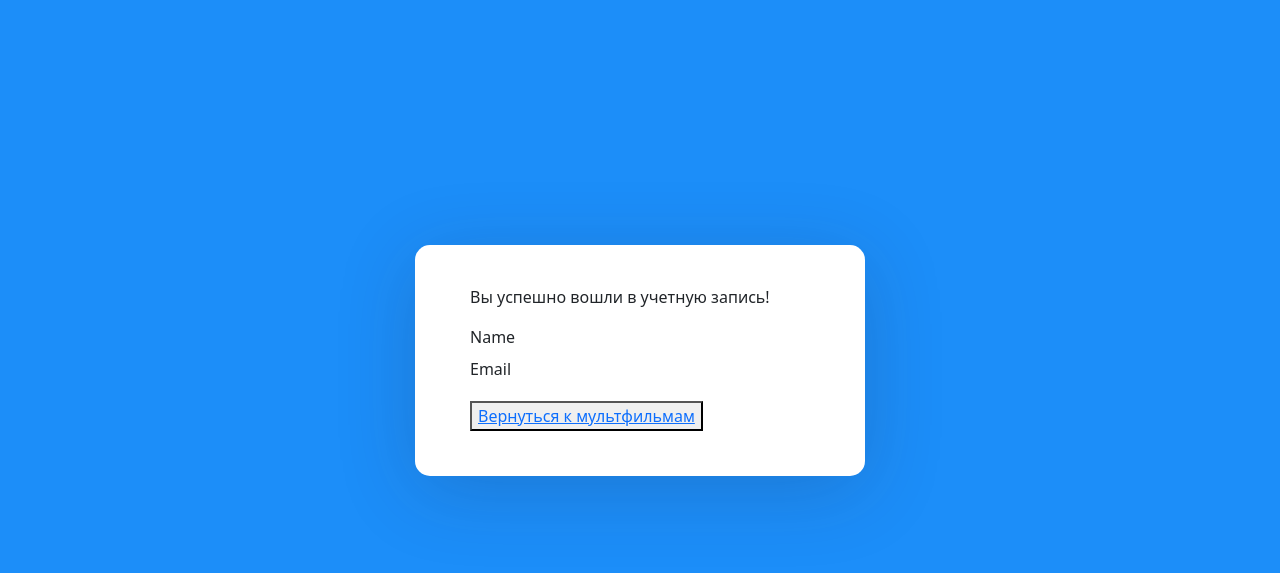
Repository: bandikost/cartoon
Page: /userDetails
The author's editor kept a copy of each file at every save. The page is drawn from the files as they stood at one save, then again after the next save.
The browser window is 1280 px wide. The pictures show the whole page.
The page's requests for data from a server got no answer. The project was rebuilt for these pictures with package versions that can differ from the ones it lists, and the page was loaded fresh each time. No one was signed in, and anything a server would have sent is missing. Also part of the build but not shown: src/components/signup_component.js. Imported but missing from the stored project, and not drawn on this page: src/components/login_component.

Above is the page before, as saved 2022-11-28 17:56:24.

### src/App.js
import React from "react";
import "../node_modules/bootstrap/dist/css/bootstrap.min.css";
import "./App.css";
import { BrowserRouter as Router, Routes, Route } from "react-router-dom";

import Login from "./components/login_component";
import SignUp from "./components/signup_component";
import UserDetails from "./components/userDetails";

function App() {
  return (
    <Router>
      <div className="App">
        <div className="auth-wrapper">
          <div className="auth-inner">
            <Routes>
              <Route exact path="/" element={<Login />} />
              <Route path="/sign-in" element={<Login />} />
              <Route path="/sign-up" element={<SignUp />} />
              <Route path="/userDetails" element={<UserDetails />} />
            </Routes>
          </div>
        </div>
      </div>
    </Router>
  );
}

export default App;

### src/components/userDetails.js
import React, { Component } from "react";

export default class UserDetails extends Component {
  constructor(props) {
    super(props);
    this.state = {
      userData: "",
    };
  }
  componentDidMount() {
    fetch("http://localhost:5000/userData", {
      method: "POST",
      crossDomain: true,
      headers: {
        "Content-Type": "application/json",
        Accept: "application/json",
        "Access-Control-Allow-Origin": "*",
      },
      body: JSON.stringify({
        token: window.localStorage.getItem("token"),
      }),
    })
      .then((res) => res.json())
      .then((data) => {
        console.log(data, "userData");
        this.setState({ userData: data.data });
      });
  }
  render() {
    return (
      <div>
        <p>Вы успешно вошли в учетную запись!</p>
        Name<h1>{this.state.userData.fname}</h1>
        Email <h1>{this.state.userData.email}</h1>
        <button style={{ marginTop: 20, display: "flex", justifyContent: "center", alignItems: "center" }}><a href="/main.html"> Вернуться к мультфильмам</a></button>
      </div>

    );
  }
}

Loaded but not shown: public/index.html (common file); src/index.js (common file); src/index.css (common file); src/reportWebVitals.js (common file); src/App.css (common file)

After the next save:
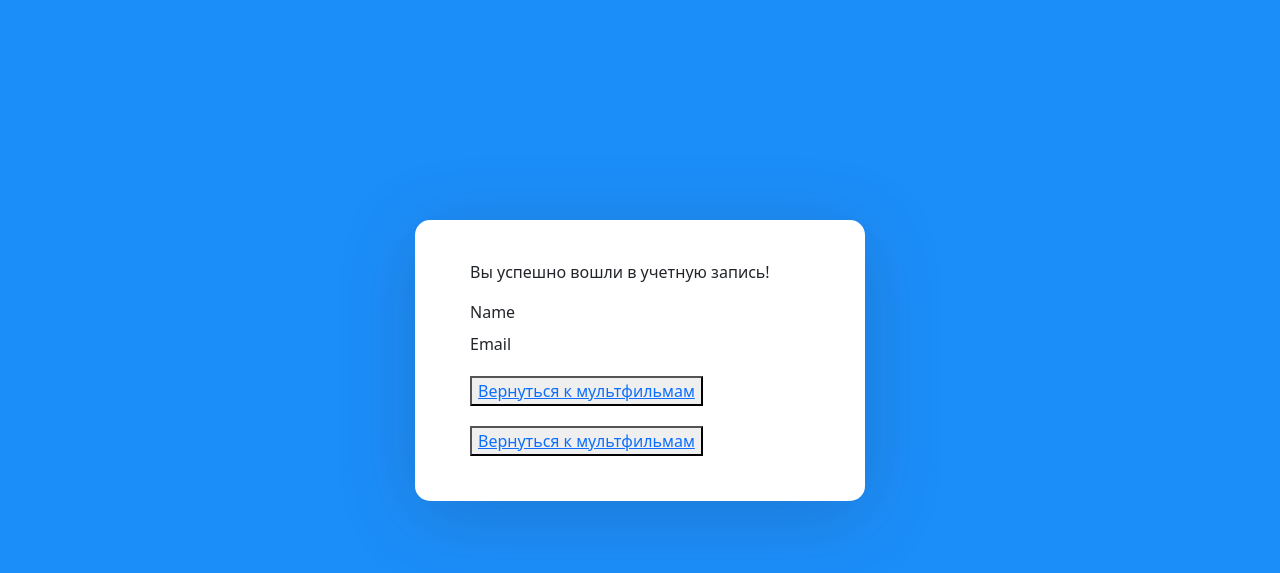
Saved 65 min 16 s later.
--- a/src/components/userDetails.js
+++ b/src/components/userDetails.js
@@ -33,6 +33,7 @@ export default class UserDetails extends Component {
         Name<h1>{this.state.userData.fname}</h1>
         Email <h1>{this.state.userData.email}</h1>
         <button style={{ marginTop: 20, display: "flex", justifyContent: "center", alignItems: "center" }}><a href="/main.html"> Вернуться к мультфильмам</a></button>
+        <button style={{ marginTop: 20, display: "flex", justifyContent: "center", alignItems: "center" }}><a href="/main.html"> Вернуться к мультфильмам</a></button>
       </div>
 
     );
